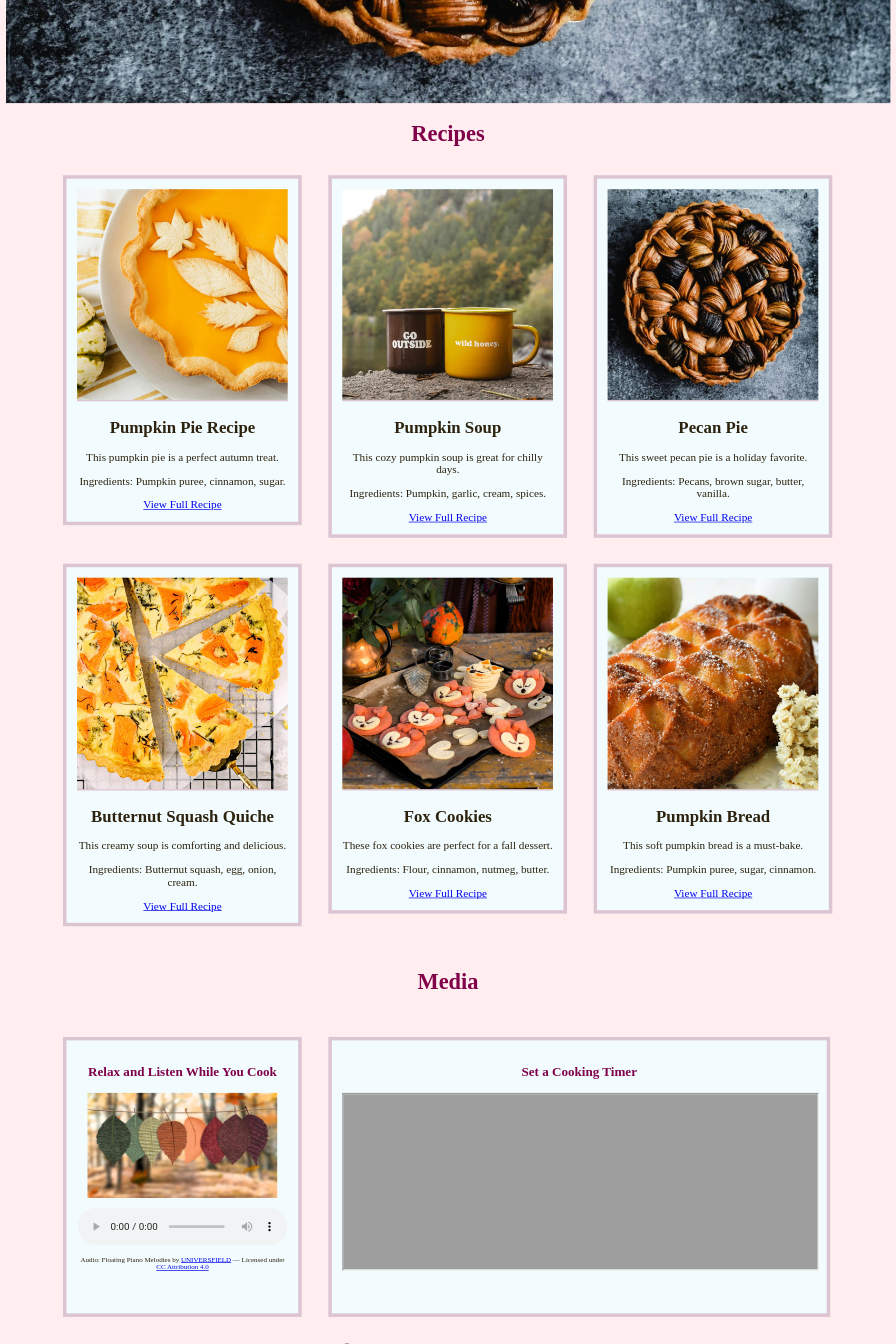
Repository: Brittany-Westlund/MART341-WebDesign
Page: WebDesignHomework/Assignment8/recipes.html
These files come from the project's save history. The page is drawn as it stood at one moment and after the next save; the edit follows.
The browser window is 1280 px wide. The pictures show the part of the page from y = 776 to 2696 px (the page is 2754 px tall before and 2774 px after), at 70% of full size.
Pictures or frames that could not be fetched are drawn as grey boxes.

Above is the page before, as saved 2024-10-13 14:45:02.

After the next save:
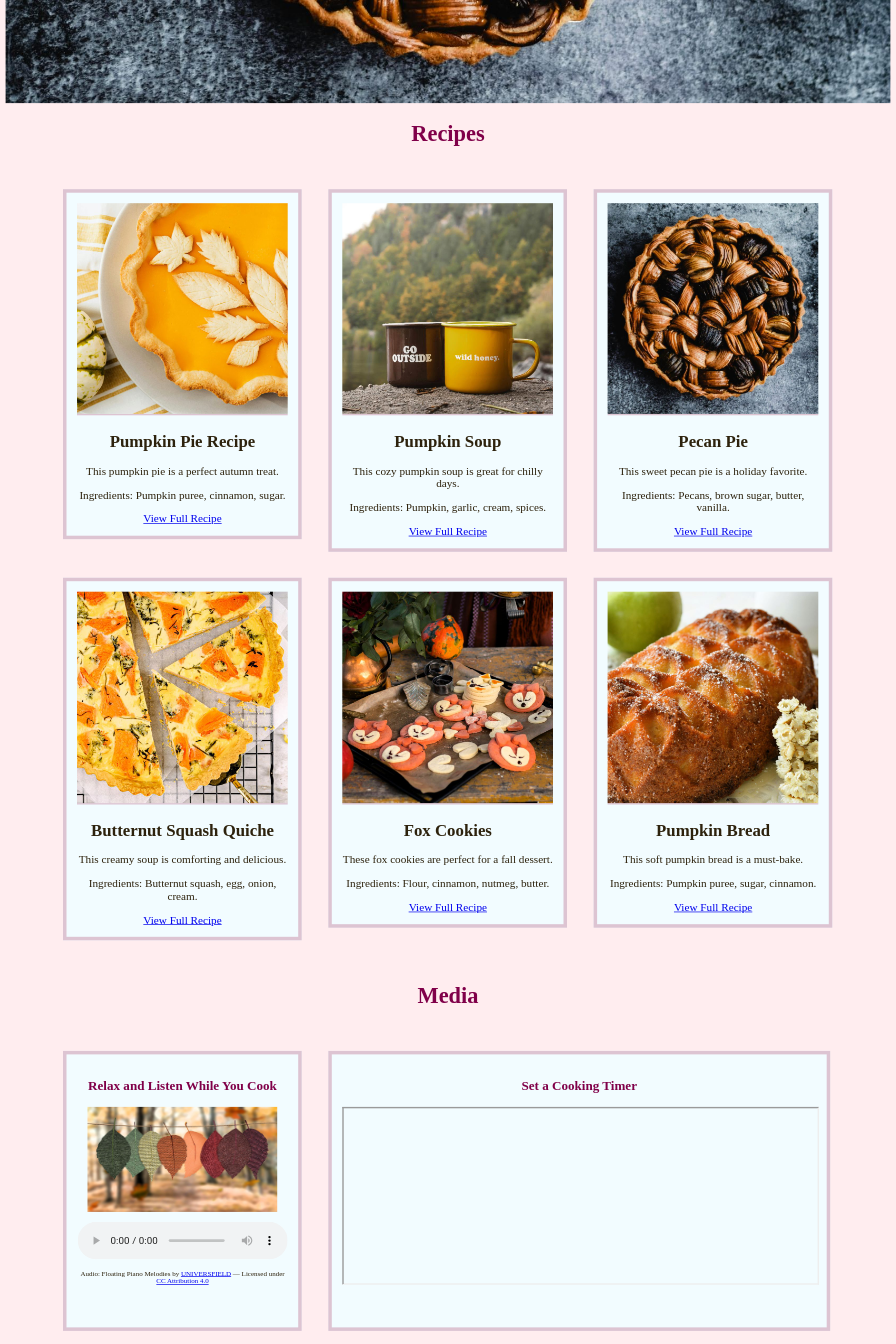
Saved 2 min 11 s later.
--- a/WebDesignHomework/Assignment8/recipes.html
+++ b/WebDesignHomework/Assignment8/recipes.html
@@ -32,7 +32,7 @@
         .recipe-section {
             width: 90%;
             margin: 0 auto;
-            padding: 0 20px 20px 20px;
+            padding: 20px; /* Places padding around all sides */
         }
         .recipe {
             width: 30%;

After the save that followed:
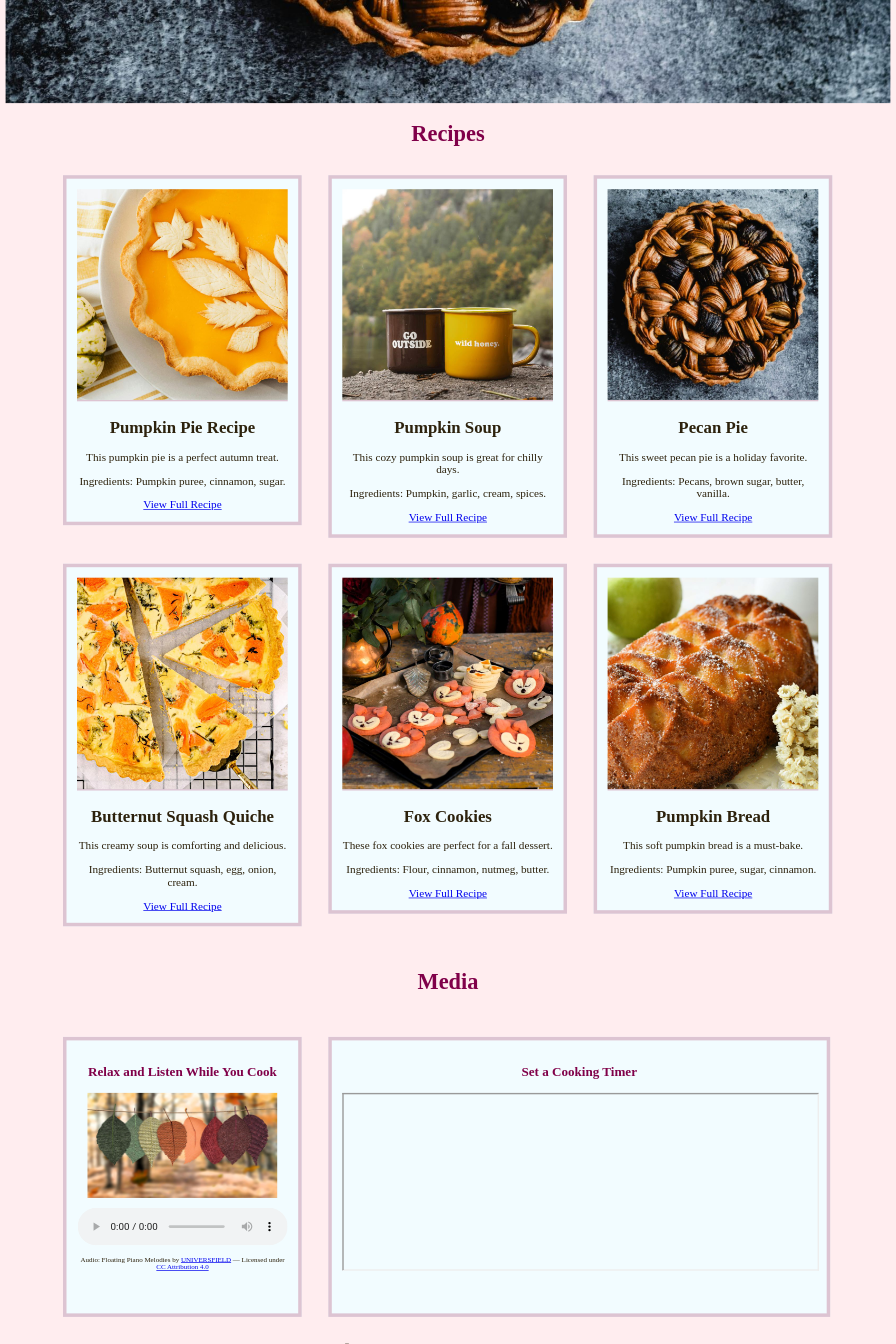
Saved 21 s later.
--- a/WebDesignHomework/Assignment8/recipes.html
+++ b/WebDesignHomework/Assignment8/recipes.html
@@ -32,7 +32,7 @@
         .recipe-section {
             width: 90%;
             margin: 0 auto;
-            padding: 20px; /* Places padding around all sides */
+            padding: 0 20px 20px 20px; /* Places padding around all sides except the top */
         }
         .recipe {
             width: 30%;
